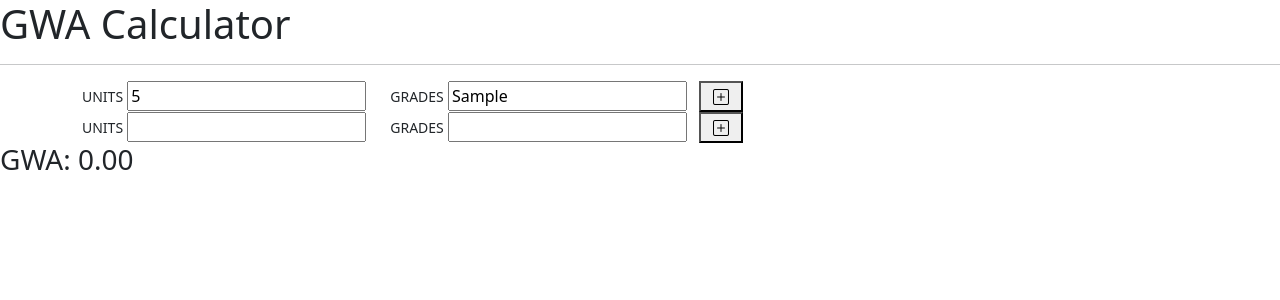
Repository: yonora/GWACalculator
Page: index.html
These files come from the project's save history. The page is drawn as it stood at one moment and after the next save; the edit follows.
The browser window is 1280 px wide. The pictures show the whole page.
Empty fields were first filled with sample values (such as "Sample", 5 or name@example.com).
After loading, the first visible `button.col-auto` was clicked once.

Above is the page before, as saved 2025-01-08 00:04:43.
Console error: ReferenceError: previousContainer is not defined

### index.html
<!DOCTYPE html>
<html lang="en">
<head>
    <meta charset="UTF-8">
    <meta name="viewport" content="width=device-width, initial-scale=1.0">
    <link rel="stylesheet" href="https://cdn.jsdelivr.net/npm/bootstrap@5.3.3/dist/css/bootstrap.min.css">
    <link rel="stylesheet" href="https://cdn.jsdelivr.net/npm/bootstrap-icons@1.11.3/font/bootstrap-icons.min.css">
    <script src="js.js"></script>
    <title>GWA Calculator</title>
</head>
<body>
    <h1>GWA Calculator</h1>
    <hr>
    <div class="container" id="container">
        <div class="row grade-container" data-index="1">
            <div class="col-auto">
                <label class="col-form-label-sm">UNITS</label>
                <input type="number" class="col-form-control units"  min="1" oninput="getGWA()">
            </div>
            <div class="col-auto">
                <label class="col-form-label-sm">GRADES</label>
                <input type="text" class="col-form-control grades" oninput="getGWA()">
            </div>
            <button class="col-auto add" onclick="add()"><i class="bi bi-plus-square"></i></button>
        </div>
    </div>
    <h3>GWA: <span id="gwa">0.00</span></h3>
</body>
</html>

### js.js
function add(){
    const container = document.getElementById('container');
    const rows = document.querySelectorAll('.grade-container');
    const lastRow = rows[rows.length - 1];
    var lastIndex = parseFloat(lastRow.dataset.index);
    lastIndex++;
    console.log(`index: ${lastIndex}`);
    container.insertAdjacentHTML(
        'beforeend',
        `<div class=" row grade-container" data-index=${lastIndex}>
            <div class="col-auto">
                <label class="col-form-label-sm">UNITS</label>
                <input type="number" class="col-form-control units" min="1" oninput="getGWA()">
                <!--<input type="number" class="col-form-control units" min="1"> -->
            </div>
            <div class="col-auto">
                <label class="col-form-label-sm">GRADES</label>
                <input type="text" class="col-form-control grades" oninput="getGWA()">
                <!--<input type="text" class="col-form-control grades"> -->
            </div>
            <button class="col-auto add " onclick="add()"><i class="bi bi-plus-square"></i></button>
        </div>`
    );
    var newRows = document.querySelectorAll('.grade-container');
    previousContainer = previousContainer[previousContainer.length - 2];
    console.log(`last index: ${previousContainer.dataset.index}`);
    previousContainer.insertAdjacentHTML(
        'beforeend',
        `<button class="col-auto remove" onclick="remove(${previousContainer.id})"><i class="bi bi-x"></i></button>`
    );
    var add = document.querySelectorAll('.add');
    add = add[add.length - 2];
    add.remove();
}

function remove(id){
    const rows = document.querySelectorAll('.grade-container');
    for(let i=0; i < rows.length; i++){
        let row = rows[i];
        console.log(row.dataset.index);
        console.log(id);
        if(row.dataset.index === id){

            row.remove();
        }
    }
}

function getUnits(units, grades){
    var totalUnits = 0;

    for(let i=0; i<units.length; i++){
        const unit = parseFloat(units[i].value);
        const grade = parseFloat(grades[i].value);
        if (grade > 0){
            totalUnits += unit;
        }
    }
    return totalUnits;
}


function getGWA(){
    const grades = document.querySelectorAll('.grades');
    const units = document.querySelectorAll('.units');
    const totalUnits = getUnits(units, grades);
    var gwa = 0.00;

    for(let i=0; i<grades.length; i++){
        let unit = parseFloat(units[i].value) || 0;
        let grade = parseFloat(grades[i].value) || 0;
        if(grade > 0) {
            gwa += (grade * unit) / totalUnits;
            document.getElementById('gwa').innerHTML = gwa.toFixed(2);
        }

    }
}

After the next save:
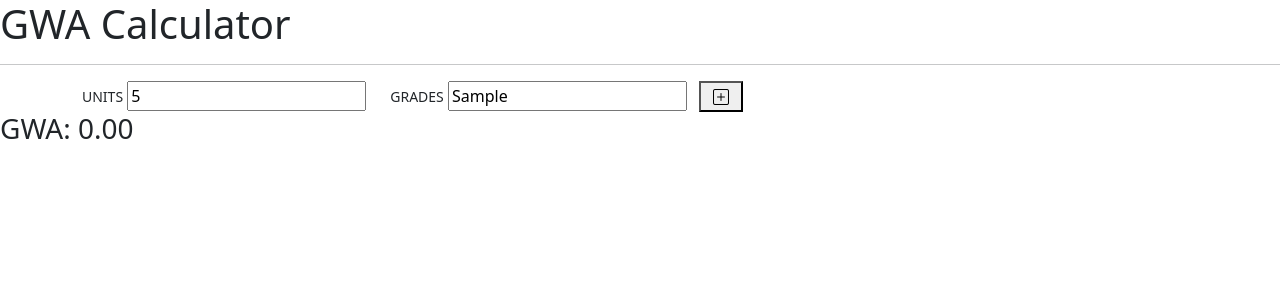
Saved 6 min 23 s later.
--- a/js.js
+++ b/js.js
@@ -1,10 +1,13 @@
 function add(){
     const container = document.getElementById('container');
-    const rows = document.querySelectorAll('.grade-container');
+    var rows = document.querySelectorAll('.grade-container');
     const lastRow = rows[rows.length - 1];
+    lastRow.insertAdjacentHTML(
+        'beforeend',
+        `<button class="col-auto remove" onclick="remove(${previousContainer.id})"><i class="bi bi-x"></i></button>`
+    );
     var lastIndex = parseFloat(lastRow.dataset.index);
     lastIndex++;
-    console.log(`index: ${lastIndex}`);
     container.insertAdjacentHTML(
         'beforeend',
         `<div class=" row grade-container" data-index=${lastIndex}>
@@ -21,13 +24,9 @@
             <button class="col-auto add " onclick="add()"><i class="bi bi-plus-square"></i></button>
         </div>`
     );
-    var newRows = document.querySelectorAll('.grade-container');
-    previousContainer = previousContainer[previousContainer.length - 2];
-    console.log(`last index: ${previousContainer.dataset.index}`);
-    previousContainer.insertAdjacentHTML(
-        'beforeend',
-        `<button class="col-auto remove" onclick="remove(${previousContainer.id})"><i class="bi bi-x"></i></button>`
-    );
+    rows = document.querySelectorAll('.grade-container');
+    previousRow = rows[rows.length - 2];
+
     var add = document.querySelectorAll('.add');
     add = add[add.length - 2];
     add.remove();

After the save that followed:
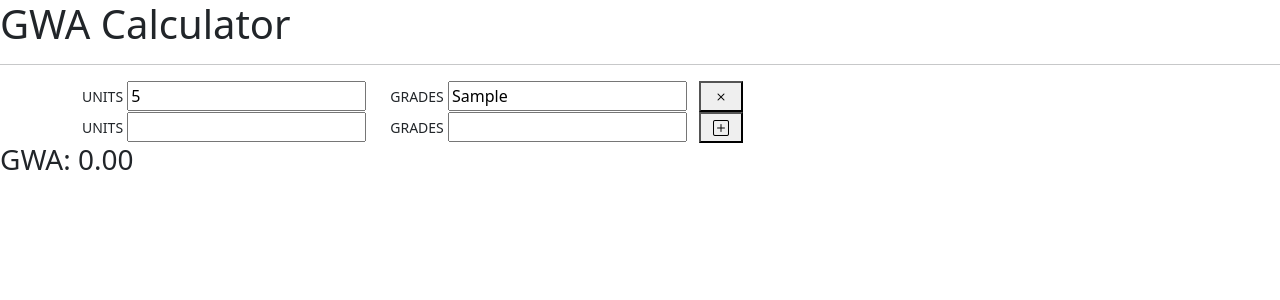
The error is gone.
Saved 33 s later.
--- a/js.js
+++ b/js.js
@@ -2,11 +2,11 @@
     const container = document.getElementById('container');
     var rows = document.querySelectorAll('.grade-container');
     const lastRow = rows[rows.length - 1];
+    var lastIndex = parseFloat(lastRow.dataset.index);
     lastRow.insertAdjacentHTML(
         'beforeend',
-        `<button class="col-auto remove" onclick="remove(${previousContainer.id})"><i class="bi bi-x"></i></button>`
+        `<button class="col-auto remove" onclick="remove(${lastIndex})"><i class="bi bi-x"></i></button>`
     );
-    var lastIndex = parseFloat(lastRow.dataset.index);
     lastIndex++;
     container.insertAdjacentHTML(
         'beforeend',
